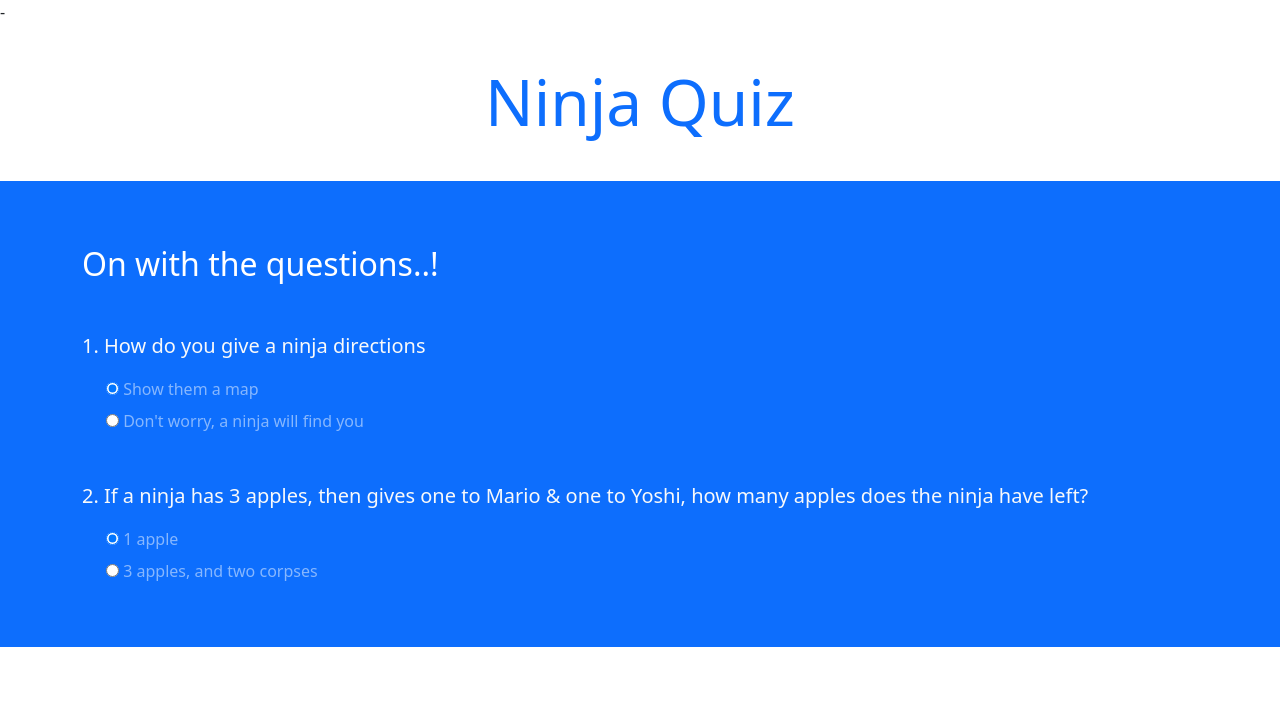
Repository: Programmer-RD-AI/Modern-JavaScript-Complete-guide-from-Novice-to-Ninja
Page: ninja_quiz/index.html
An editor plug-in stored every save of this project. The page is shown before and after a run of saves, followed by the edit.
The browser window is 1280 px wide. The pictures show the whole page.

Above is the page before, as saved 2023-12-26 15:30:07.

After the next 2 saves:
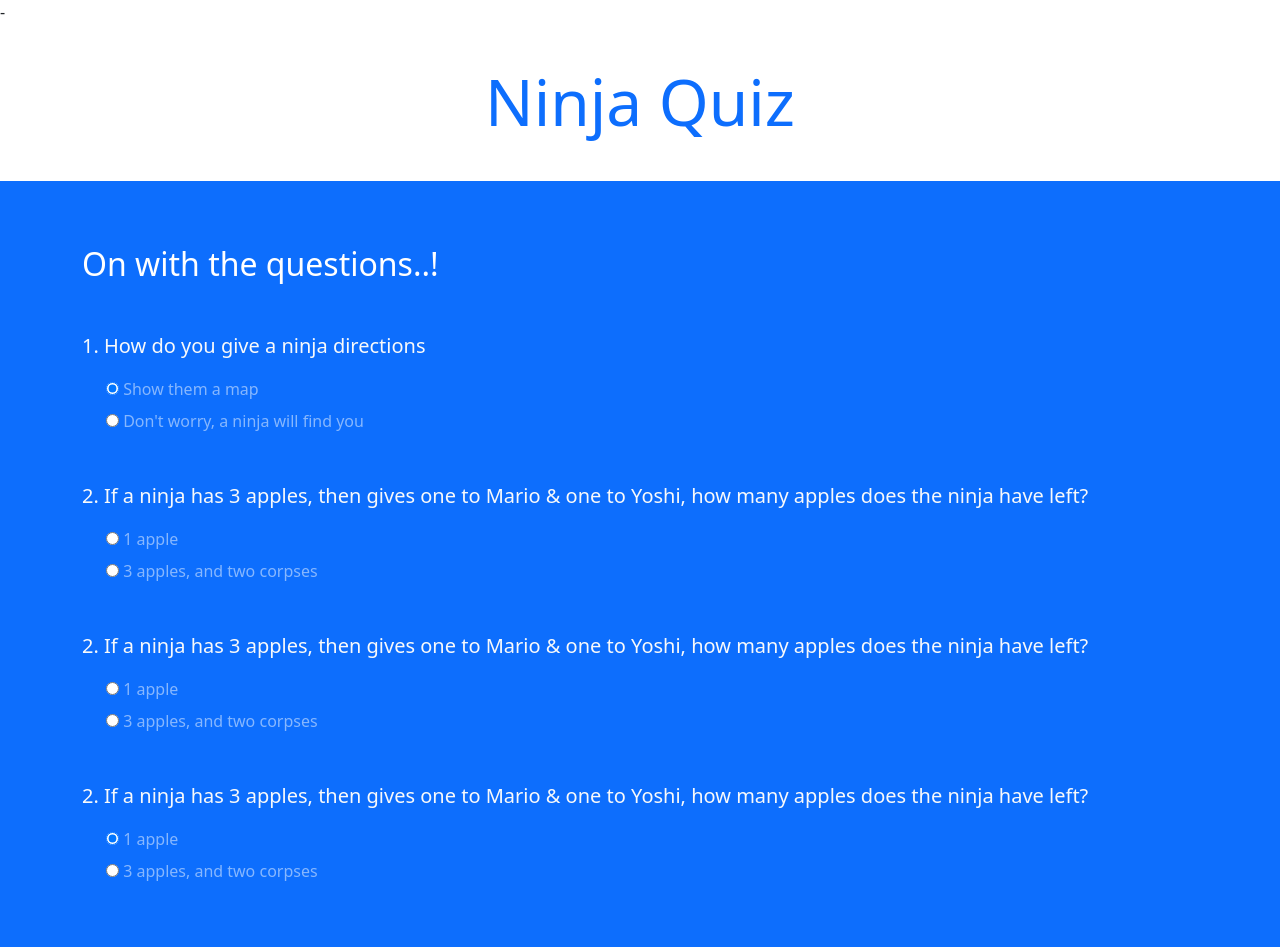
The 2 saves are shown as one change because they came seconds apart.
The last was saved 9 s later.
--- a/ninja_quiz/index.html
+++ b/ninja_quiz/index.html
@@ -53,7 +53,34 @@
               <label class="form-check-label">3 apples, and two corpses</label>
             </div>
           </div>
-
+          <div class="my-5">
+            <p class="lead font-weight-normal">
+              2. If a ninja has 3 apples, then gives one to Mario & one to
+              Yoshi, how many apples does the ninja have left?
+            </p>
+            <div class="form-check my-2 text-white-50">
+              <input type="radio" name="q2" value="A" checked />
+              <label class="form-check-label">1 apple</label>
+            </div>
+            <div class="form-check my-2 text-white-50">
+              <input type="radio" name="q2" value="B" />
+              <label class="form-check-label">3 apples, and two corpses</label>
+            </div>
+          </div>
+          <div class="my-5">
+            <p class="lead font-weight-normal">
+              2. If a ninja has 3 apples, then gives one to Mario & one to
+              Yoshi, how many apples does the ninja have left?
+            </p>
+            <div class="form-check my-2 text-white-50">
+              <input type="radio" name="q2" value="A" checked />
+              <label class="form-check-label">1 apple</label>
+            </div>
+            <div class="form-check my-2 text-white-50">
+              <input type="radio" name="q2" value="B" />
+              <label class="form-check-label">3 apples, and two corpses</label>
+            </div>
+          </div>
         </form>
       </div>
     </div>
